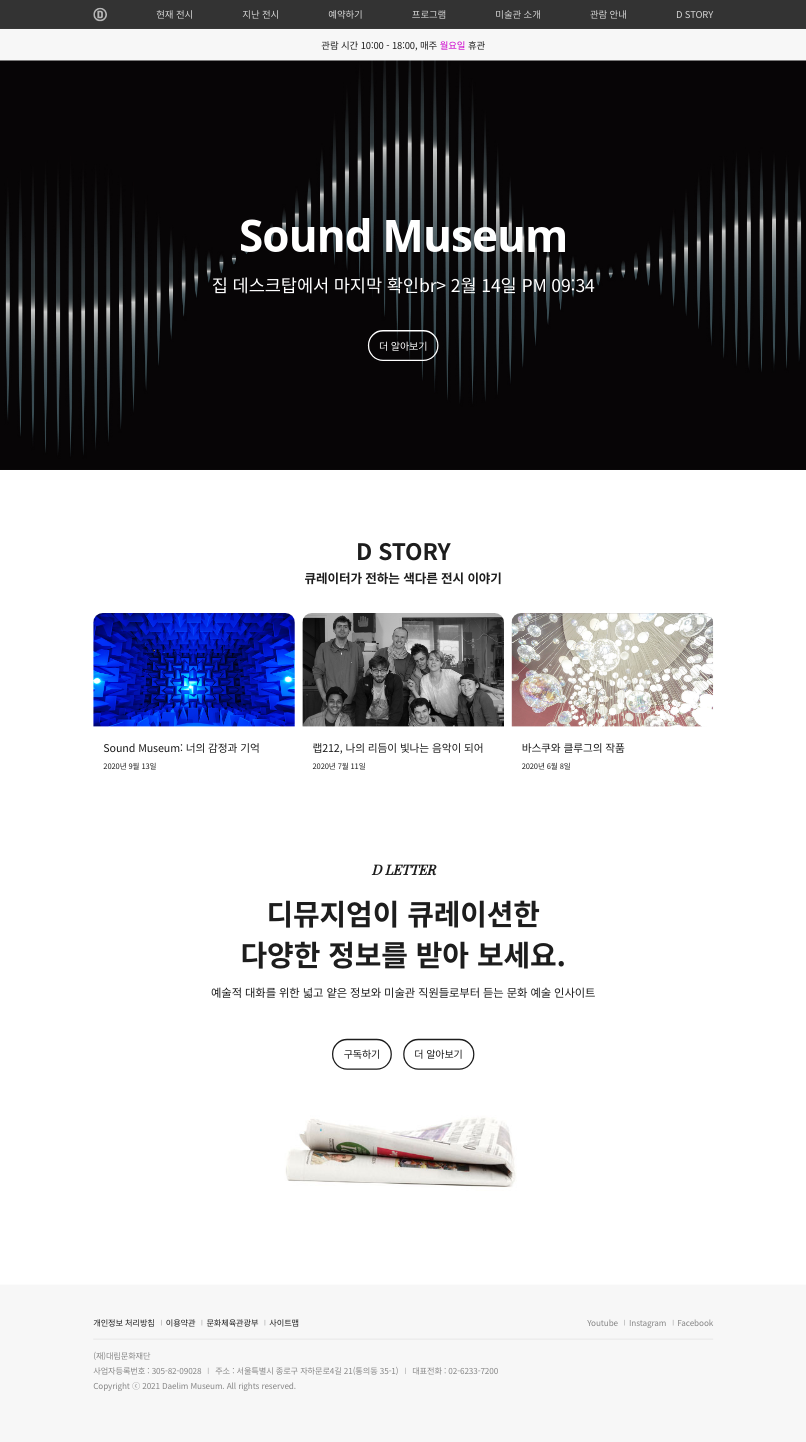
Repository: Chaeyoung-Ryoo/Chaeyoung
Page: portfolio_01/html/main.html
These files come from the project's save history. The page is drawn as it stood at one moment and after the next save; the edit follows.
The browser window is 1280 px wide. The pictures show the whole page, at 63% of full size.

Above is the page before, as saved 2022-02-15 08:54:02.
Console error: ReferenceError: Swiper is not defined

After the next save:
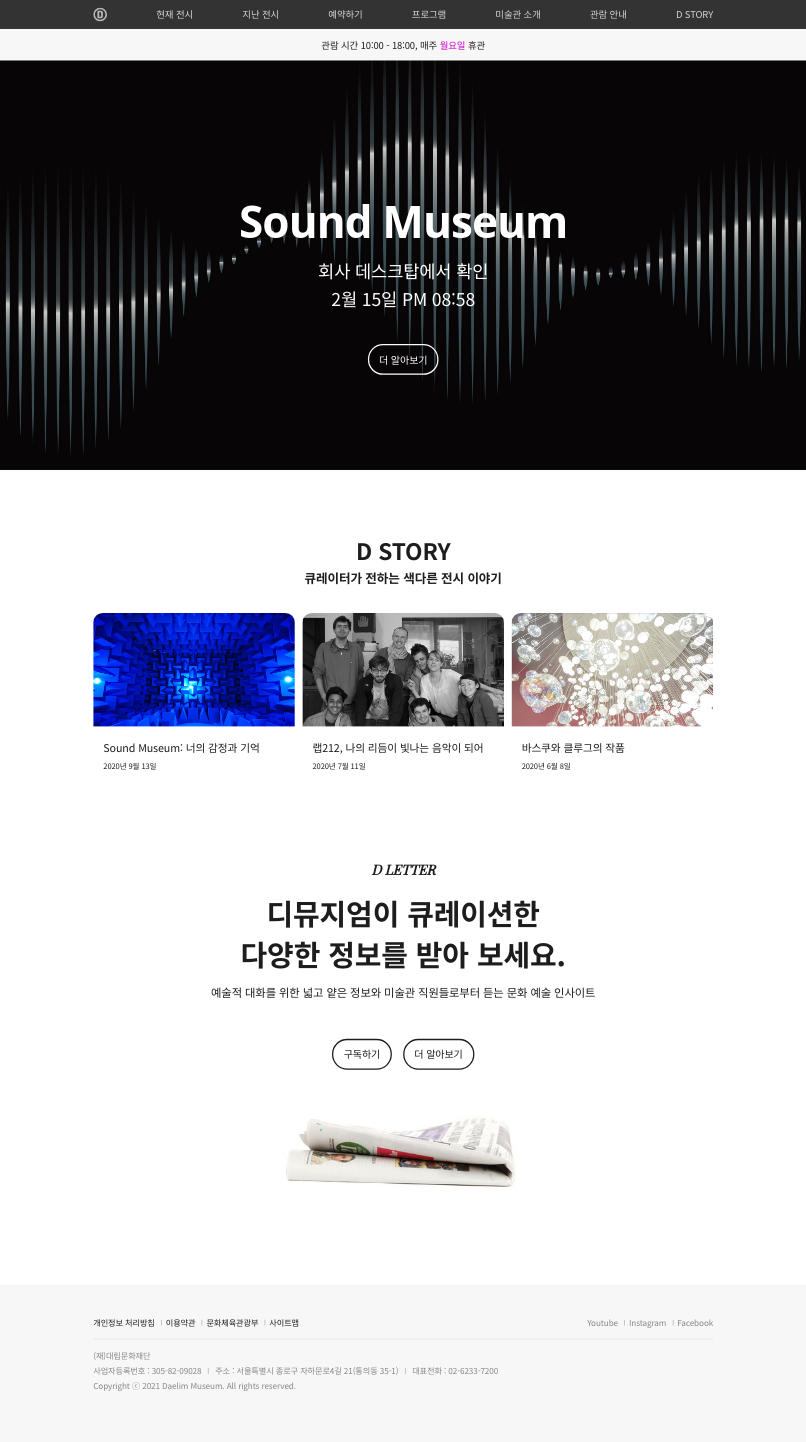
Saved 4 min 17 s later.
--- a/portfolio_01/html/main.html
+++ b/portfolio_01/html/main.html
@@ -125,8 +125,8 @@
                 <div class="mainbanner-txtbox">
                     <h2 class="mainbanner-title">Sound Museum</h2>
                     <h3 class="mainbanner-subtitle">
-                        집 데스크탑에서 마지막 확인br>
-                        2월 14일 PM 09:34
+                        회사 데스크탑에서 확인<br>
+                        2월 15일 PM 08:58
                     </h3>
                     <div class="mainbanner-button">
                         <a class="mb-btn" href="../html/exhibition.html">더 알아보기</a>
